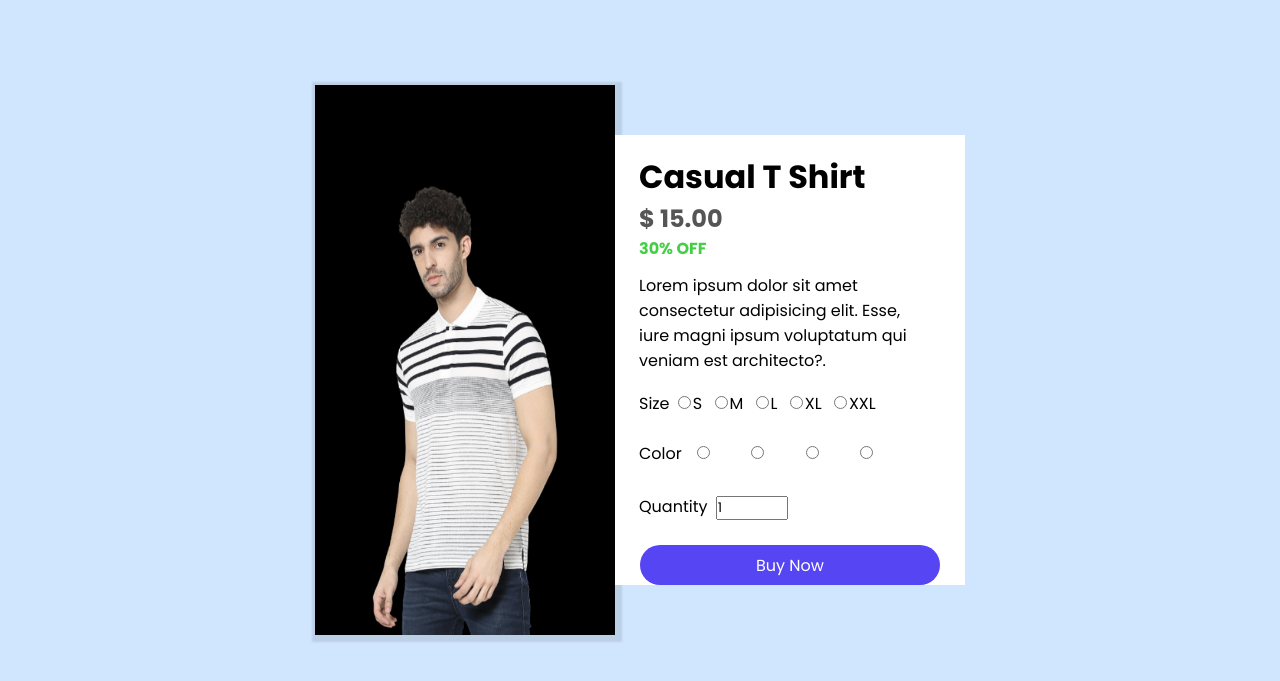
Repository: Ankitkr2021/Product-Page
Page: index.html
The author's editor kept a copy of each file at every save. The page is drawn from the files as they stood at one save, then again after the next save.
The browser window is 1280 px wide. The pictures show the whole page.

Above is the page before, as saved 2025-10-24 11:32:27.

After the next save:
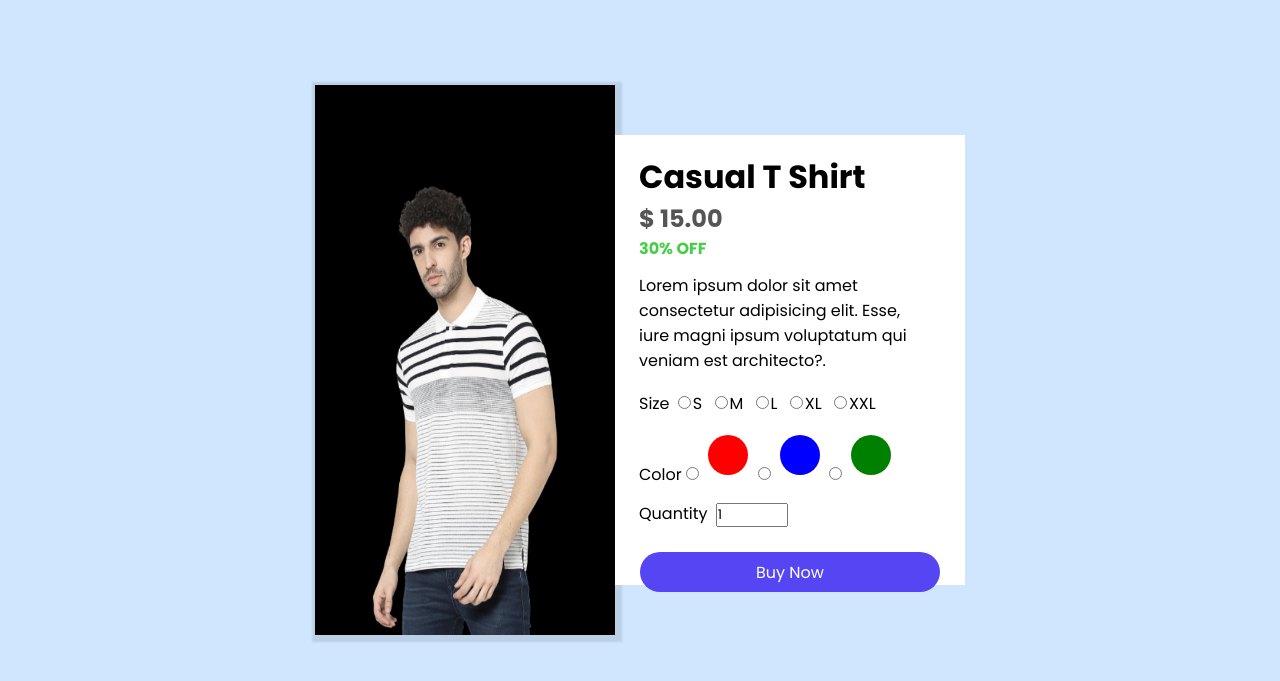
Saved 60 s later.
--- a/index.html
+++ b/index.html
@@ -29,10 +29,14 @@
 
         <div class="color">
         Color
-        <label><input type="radio" name="color" value="red"></label>
-        <label><input type="radio" name="color" value="green"></label>
-        <label><input type="radio" name="color" value="blue"></label>
-        <label><input type="radio" name="color" value="pink"></label>
+         <input type="radio" id="red" name="color" value="red">
+  <label for="red"></label>
+
+  <input type="radio" id="blue" name="color" value="blue">
+  <label for="blue"></label>
+
+  <input type="radio" id="green" name="color" value="green">
+  <label for="green"></label>
         </div>
 
         <div class="quantity">
